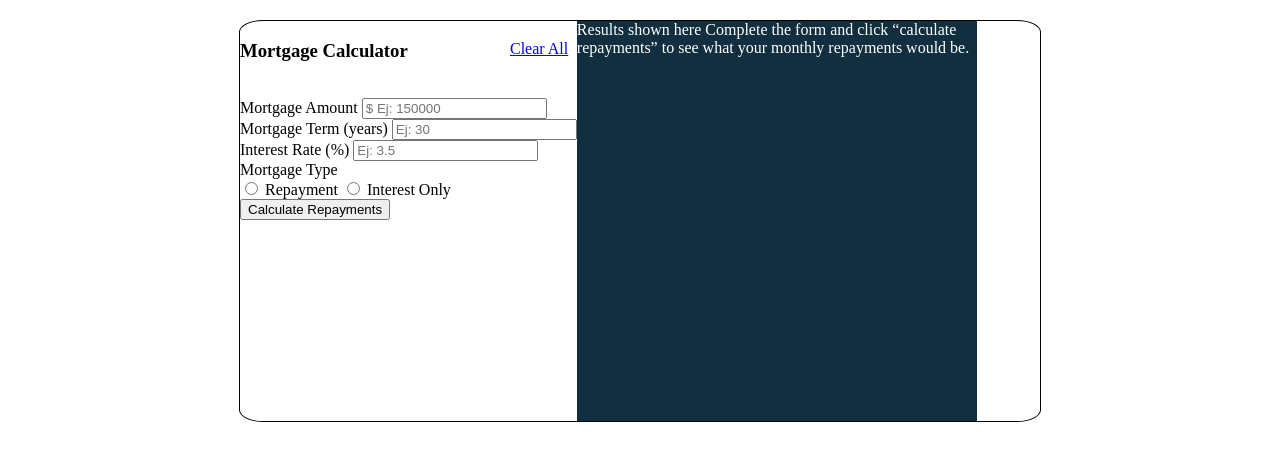
Repository: GravielPV/Mortgage-repayment-calculator
Page: index.html
The author's editor kept a copy of each file at every save. The page is drawn from the files as they stood at one save, then again after a run of saves.
The browser window is 1280 px wide. The pictures show the whole page.

Above is the page before, as saved 2025-12-11 17:07:30.

After the next 3 saves:
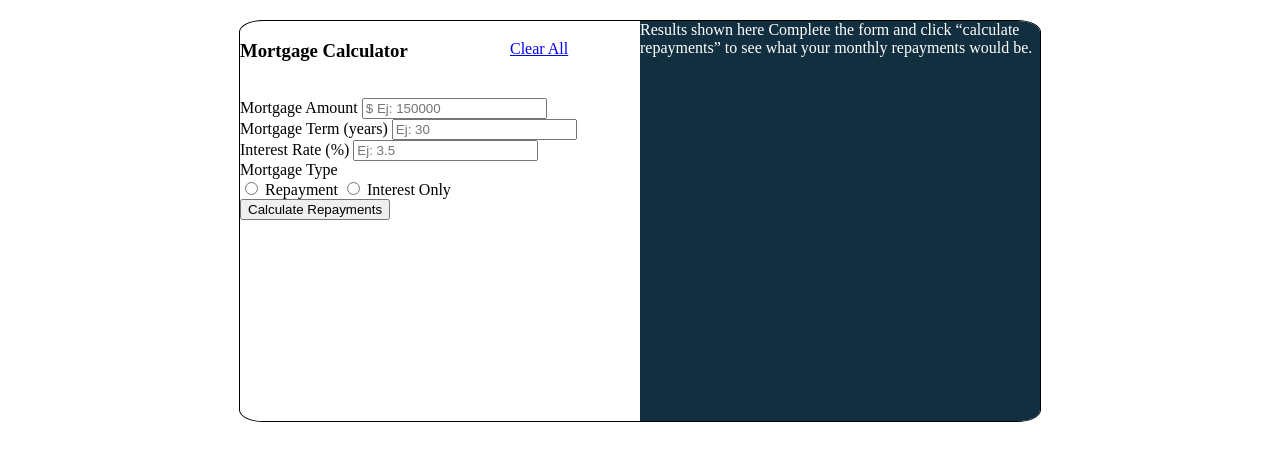
The 3 saves are shown as one change because they came seconds apart.
The last was saved 11 s later.
--- a/styles.css
+++ b/styles.css
@@ -6,7 +6,7 @@ margin: 20px auto;
 border-radius: 3%;
 border: 1px solid rgb(0, 0, 0);
  overflow: hidden;
- padding: auto;
+ justify-content: space-between;
 }
 
 .lado{
